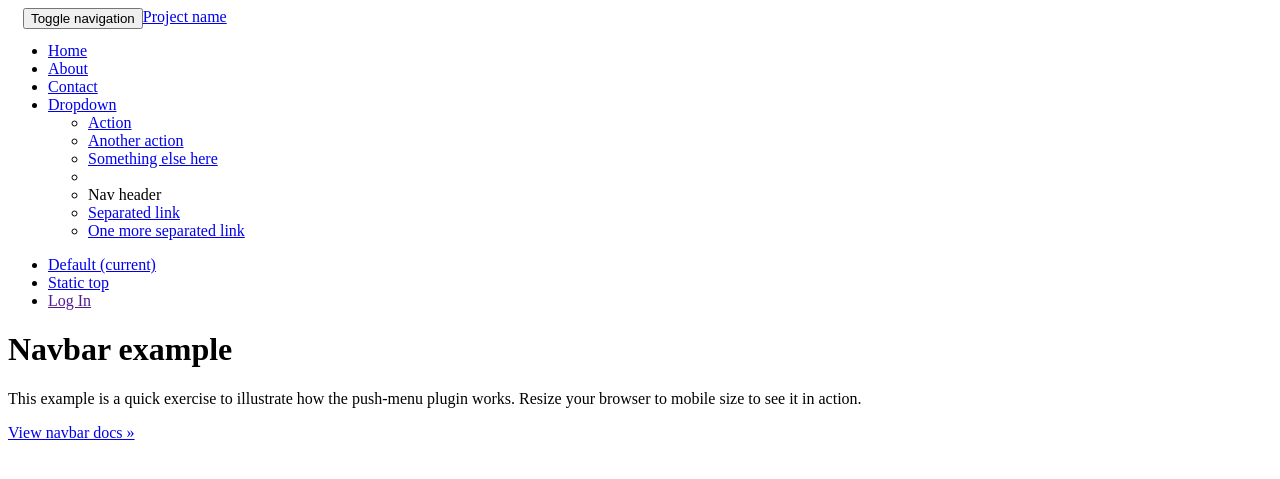
Repository: wwanglsu/MyCodes
Page: mars/angular-jaxrs-demo/WebContent/partials/home.html
These files come from the project's save history. The page is drawn as it stood at one moment and after the next save; the edit follows.
The browser window is 1280 px wide. The pictures show the whole page.

Above is the page before, as saved 2015-12-09 10:01:06.

After the next save:
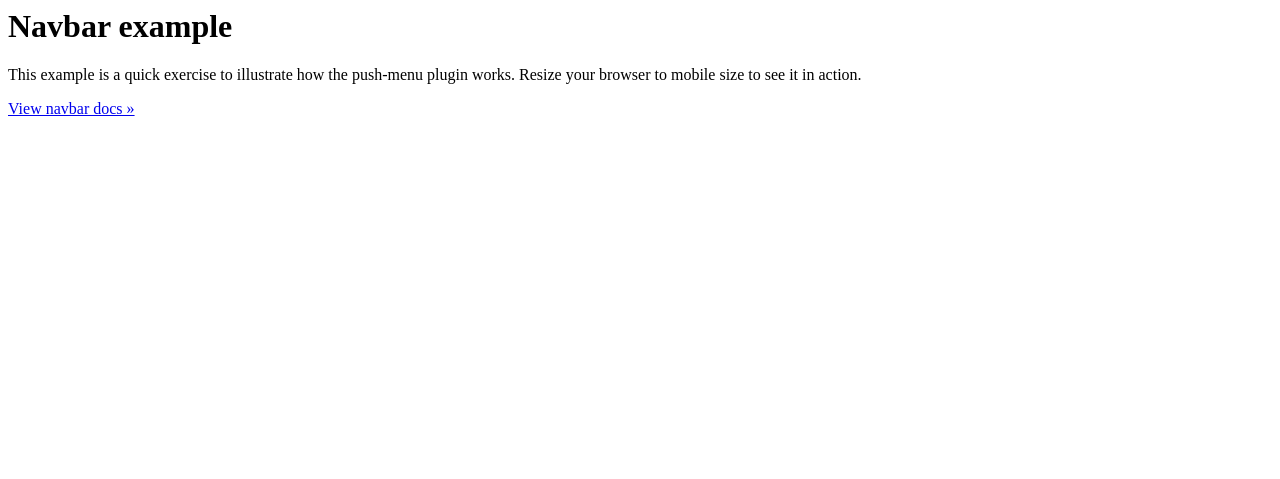
Saved 15 s later.
--- a/mars/angular-jaxrs-demo/WebContent/partials/home.html
+++ b/mars/angular-jaxrs-demo/WebContent/partials/home.html
@@ -1,54 +1,7 @@
-
-<div class="container">
-
-      <!-- Static navbar -->
-      <nav class="navbar navbar-default">
-        <div class="container-fluid">
-          <div class="navbar-header">
-            <button type="button" class="navbar-toggle visible-xs" style="margin-left:15px;float:left;" data-toggle="push" data-target="#navbar" aria-expanded="false" aria-controls="navbar">
-              <span class="sr-only">Toggle navigation</span>
-              <span class="icon-bar"></span>
-              <span class="icon-bar"></span>
-              <span class="icon-bar"></span>
-            </button>
-            <a class="navbar-brand" href="#">Project name</a>
-          </div>
-          <div id="navbar">
-            <ul class="nav navbar-nav">
-              <li class="active"><a href="#">Home</a></li>
-              <li><a href="#">About</a></li>
-              <li><a href="#">Contact</a></li>
-              <li class="dropdown">
-                <a href="#" class="dropdown-toggle" data-toggle="dropdown" role="button" aria-expanded="false">Dropdown <span class="caret"></span></a>
-                <ul class="dropdown-menu" role="menu">
-                  <li><a href="#">Action</a></li>
-                  <li><a href="#">Another action</a></li>
-                  <li><a href="#">Something else here</a></li>
-                  <li class="divider"></li>
-                  <li class="dropdown-header">Nav header</li>
-                  <li><a href="#">Separated link</a></li>
-                  <li><a href="#">One more separated link</a></li>
-                </ul>
-              </li>
-            </ul>
-            <ul class="nav navbar-nav navbar-right">
-              <li class="active"><a href="./">Default <span class="sr-only">(current)</span></a></li>
-              <li><a href="../navbar-static-top/">Static top</a></li>
-              <li><a href="" ng-click="login()">Log In</a></li>
-            </ul>
-          </div><!--/.nav-collapse -->
-        </div><!--/.container-fluid -->
-      </nav>
-
-      <!-- Main component for a primary marketing message or call to action -->
-   	  <div class="jumbotron" >
-	        <h1>Navbar example</h1>
-	        <p>This example is a quick exercise to illustrate how the push-menu plugin works.  Resize your browser to mobile size to see it in action.</p>
-	        <p>
-	        	<a class="btn btn-lg btn-primary" href="../../components/#navbar" role="button">View navbar docs &raquo;</a>
-	        </p>
-      </div>
-
-
-    </div>
-<!-- /container -->
+<div class="jumbotron">
+   <h1>Navbar example</h1>
+   <p>This example is a quick exercise to illustrate how the push-menu plugin works.  Resize your browser to mobile size to see it in action.</p>
+   <p>
+   	<a class="btn btn-lg btn-primary" href="../../components/#navbar" role="button">View navbar docs &raquo;</a>
+   </p>
+</div>
